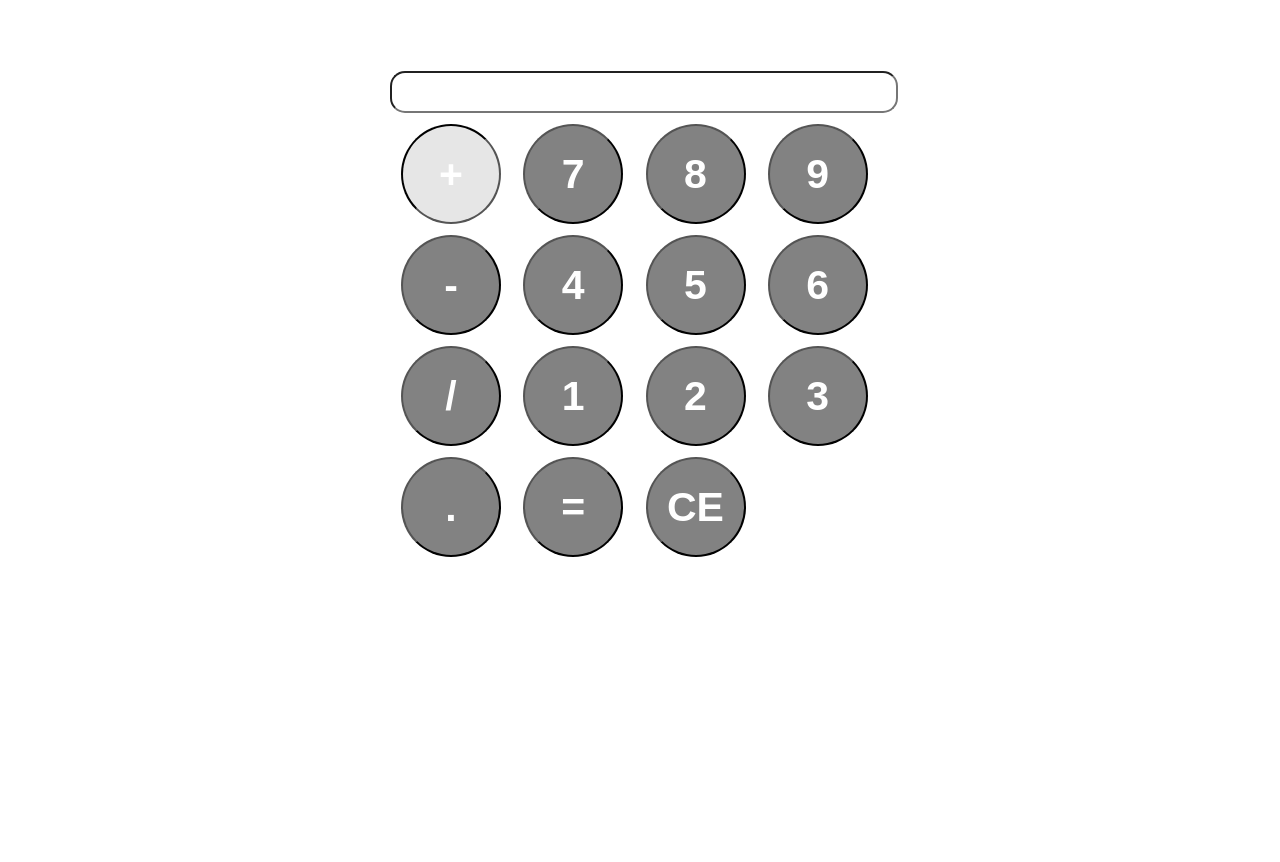
Repository: rkrukshan/JS-Calculator
Page: index.html
The author's editor kept a copy of each file at every save. The page is drawn from the files as they stood at one save, then again after the next save.
The browser window is 1280 px wide. The pictures show the whole page.
The first visible `button` is being pressed.

Above is the page before, as saved 2024-09-02 13:36:27.

### index.html
<!DOCTYPE html>
<html lang="en">

<head>
    <meta charset="UTF-8">
    <meta name="viewport" content="width=device-width, initial-scale=1.0">
    <title>Document</title>
    <link rel="stylesheet" href="style.css">
</head>

<body>
    <div id="calculator">
        <input id="screen" readonly>
        <div id="buttons">

            <button onclick="appendScreen('+')">+</button>
            <button onclick="appendScreen('7')">7</button>
            <button onclick="appendScreen('8')">8</button>
            <button onclick="appendScreen('9')">9</button>
            <button onclick="appendScreen('-')">-</button>
            <button onclick="appendScreen('4')">4</button>
            <button onclick="appendScreen('5')">5</button>
            <button onclick="appendScreen('6')">6</button>
            <button onclick="appendScreen('/')">/</button>
            <button onclick="appendScreen('1')">1</button>
            <button onclick="appendScreen('2')">2</button>
            <button onclick="appendScreen('3')">3</button>
            <button onclick="appendScreen('.')">.</button>
            <button onclick="appendScreen('=')">=</button>
            <button onclick="appendScreen('CE')">CE</button>

        </div>
    </div>
</body>

</html>

### style.css
#calculator {
  display: flexbox;
  align-items: center;
  height: 100vh;
  justify-content: center;
  border: none;
  max-width: 500px;
  margin: auto;
  padding: 5% 0;
}
#screen {
  width: 100%;
  height: 5%;
  color: white;
  border-radius: 15px;
}
#buttons {
  display: grid;
  grid-template-columns: repeat(4, 1fr);
  gap: 11px;
  padding: 11px;
}
button {
  width: 100px;
  height: 100px;
  border-radius: 50px;
  color: white;
  background-color: hsl(0, 0%, 51%);
  font-size: 41px;
  font-weight: bold;
  cursor: pointer;
}
button:active{
    background-color:hsl(0, 0%, 90%)
}

After the next save:
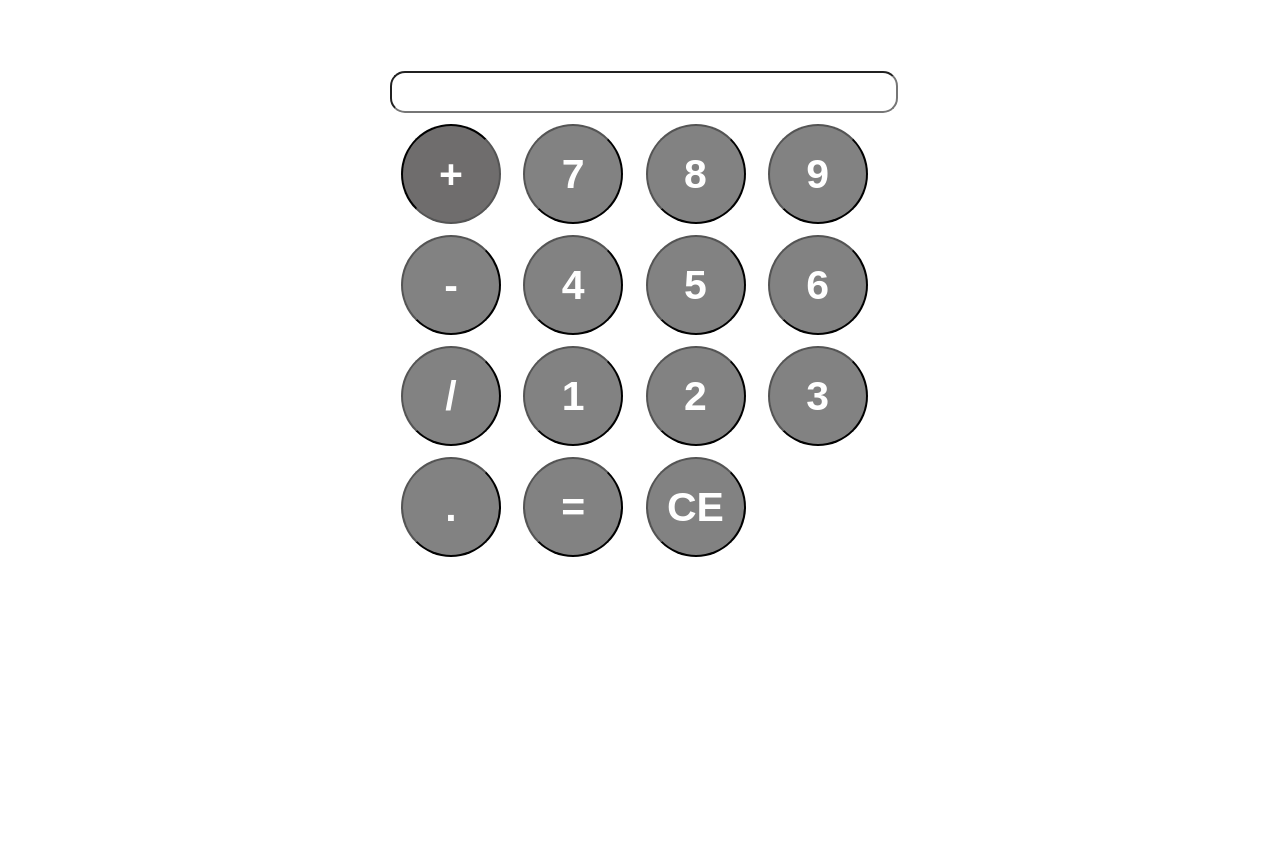
Saved 12 s later.
--- a/style.css
+++ b/style.css
@@ -31,5 +31,5 @@ button {
   cursor: pointer;
 }
 button:active{
-    background-color:hsl(0, 0%, 90%)
+    background-color:hsl(0, 1%, 43%)
 }
